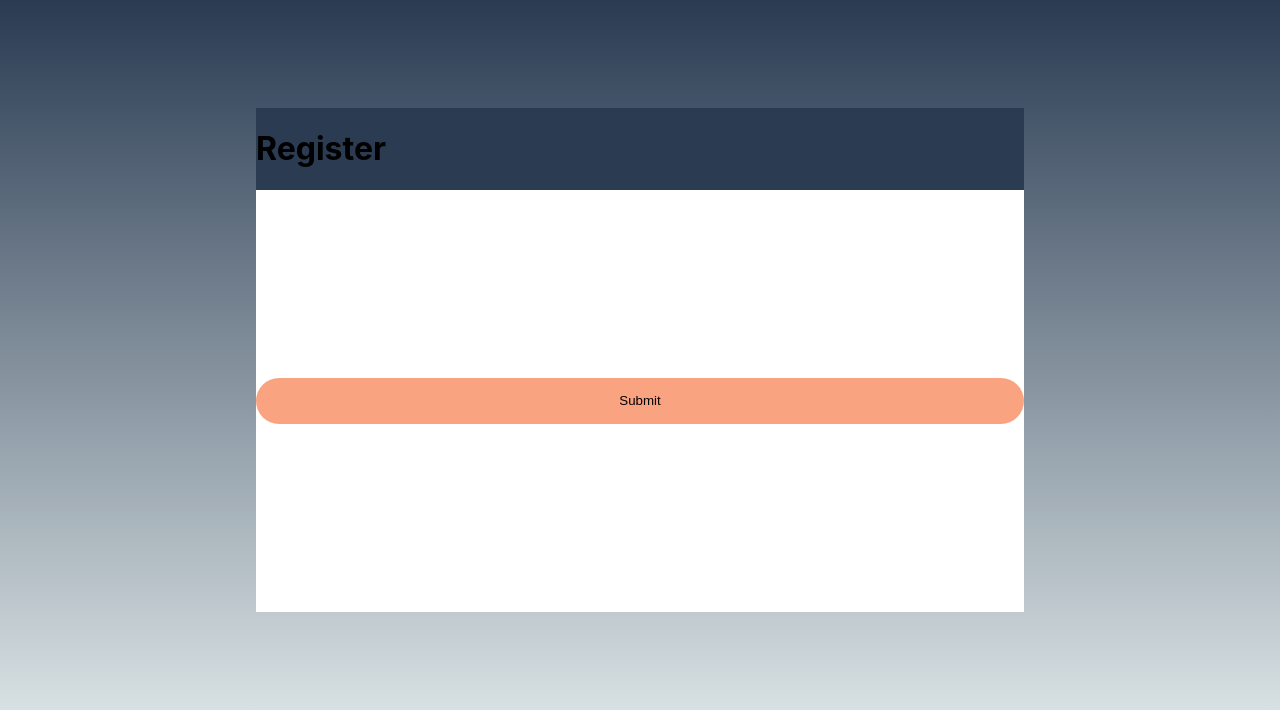
Repository: fatimash2123/todoApp
Page: /
The author's editor kept a copy of each file at every save. The page is drawn from the files as they stood at one save, then again after the next save.
The browser window is 1280 px wide. The pictures show the whole page.
The project was rebuilt for these pictures with package versions that can differ from the ones it lists, and the page was loaded fresh each time.

Above is the page before, as saved 2024-02-12 16:52:07.

### src/App.tsx
import Register from "./pages/Register/Register";

function App() {
  return (
    <Register/>
  );
}

export default App;

### src/pages/Register/Register.tsx
import FormicContainer from "../../components/FormicContainer/FormicContainer"
import styles from "./Register.module.css"
function Register(){
    return(
        <div className={styles.registerContainer}>
        <FormicContainer></FormicContainer>
        </div>
    )

}

export default Register

### src/components/FormicContainer/FormicContainer.tsx
import { Formik, Form } from "formik";
import * as Yup from "yup";
import Button from "../Button/Button";
import styles from "./FormicContainer.module.css"
interface FormikState {
  name: string;
  email: string;
  password: string;
  confirmPassword: string;
}

function FormicContainer() {
  const initialValues: FormikState = {
    name: "",
    email: "",
    password: "",
    confirmPassword: "",
  };
  const validationSchema = Yup.object({});
  const onSubmit = (values: FormikState) => {
    console.log("Form data", values);
  };
  return (
    <div className={styles.upperContainer}>
        <h1 >Register</h1>
    <Formik className={styles.formikContainer}
      initialValues={initialValues}
      validationSchema={validationSchema}
      onSubmit={onSubmit}
    >
      {(formik) => (
        <Form className={styles.formMain}>
          <Button type="submit" label="Submit"/>
        </Form>
      )}
    </Formik>
    </div>
  );
}

export default FormicContainer;

### src/pages/Register/Register.module.css
.registerContainer {
  width: 100%;
  display: flex;
  justify-content: center;
  align-items: center;
  height: 100vh;
  background-image: linear-gradient(#2a3b52, #dae3e5);
}

### src/components/Button/Button.tsx
import styles from "./Button.module.css"
interface ButtonProps{
    readonly label:string,
    readonly type:"submit"
}
function Button({label,type}:ButtonProps){
    return(
        <button className={styles.button} type={type}>{label}</button>
    )
}
export default Button

### src/components/FormicContainer/FormicContainer.module.css
.formMain{
    display: flex;
    flex-direction: column;
    justify-content: center;
    align-items: center;
    background-color: white;
    height: 100%;
}
.upperContainer{
    background-color: #2a3b52;
    display: flex;
    flex-direction: column;
    width: 60%;
    height: 70%;
}

### src/components/Button/Button.module.css
.button{
    background-color: #FAA381;
    width:100%;
    border:none;
    padding:2%;
    border-radius: 50px;

}

Loaded but not shown: public/index.html (common file); src/index.tsx (common file); src/index.css (common file); src/reportWebVitals.ts (common file)

After the next save:
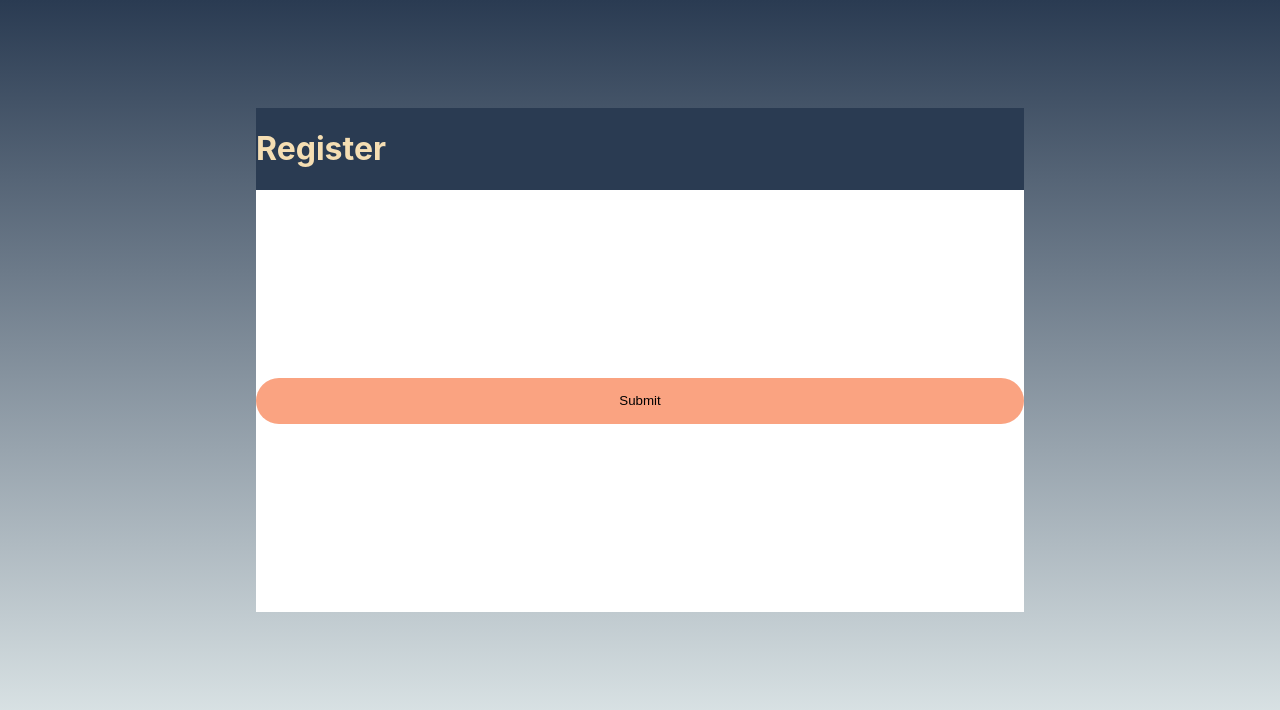
Saved 12 s later.
--- a/src/components/FormicContainer/FormicContainer.module.css
+++ b/src/components/FormicContainer/FormicContainer.module.css
@@ -13,3 +13,5 @@
     width: 60%;
     height: 70%;
 }
+
+h1{color: wheat;}
